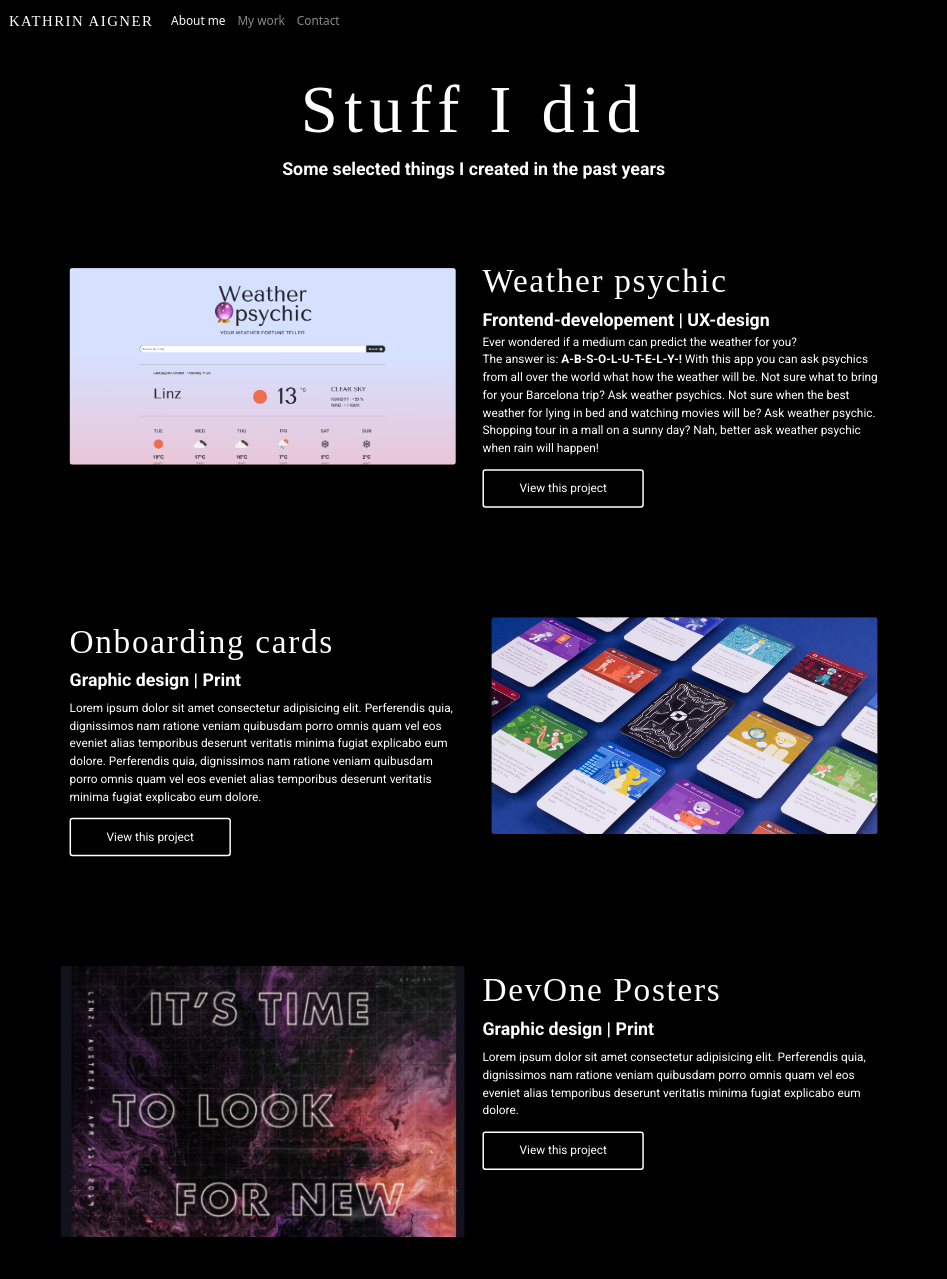
Repository: kathrin-aigner/Portfolio-2022
Page: work.html
These files come from the project's save history. The page is drawn as it stood at one moment and after the next save; the edit follows.
The browser window is 1280 px wide. The pictures show the whole page, at 74% of full size.
Some web fonts or font styles are not loaded; a fallback is used. Some web libraries are served in a nearby version.

Above is the page before, as saved 2022-03-28 15:22:55.

After the next save:
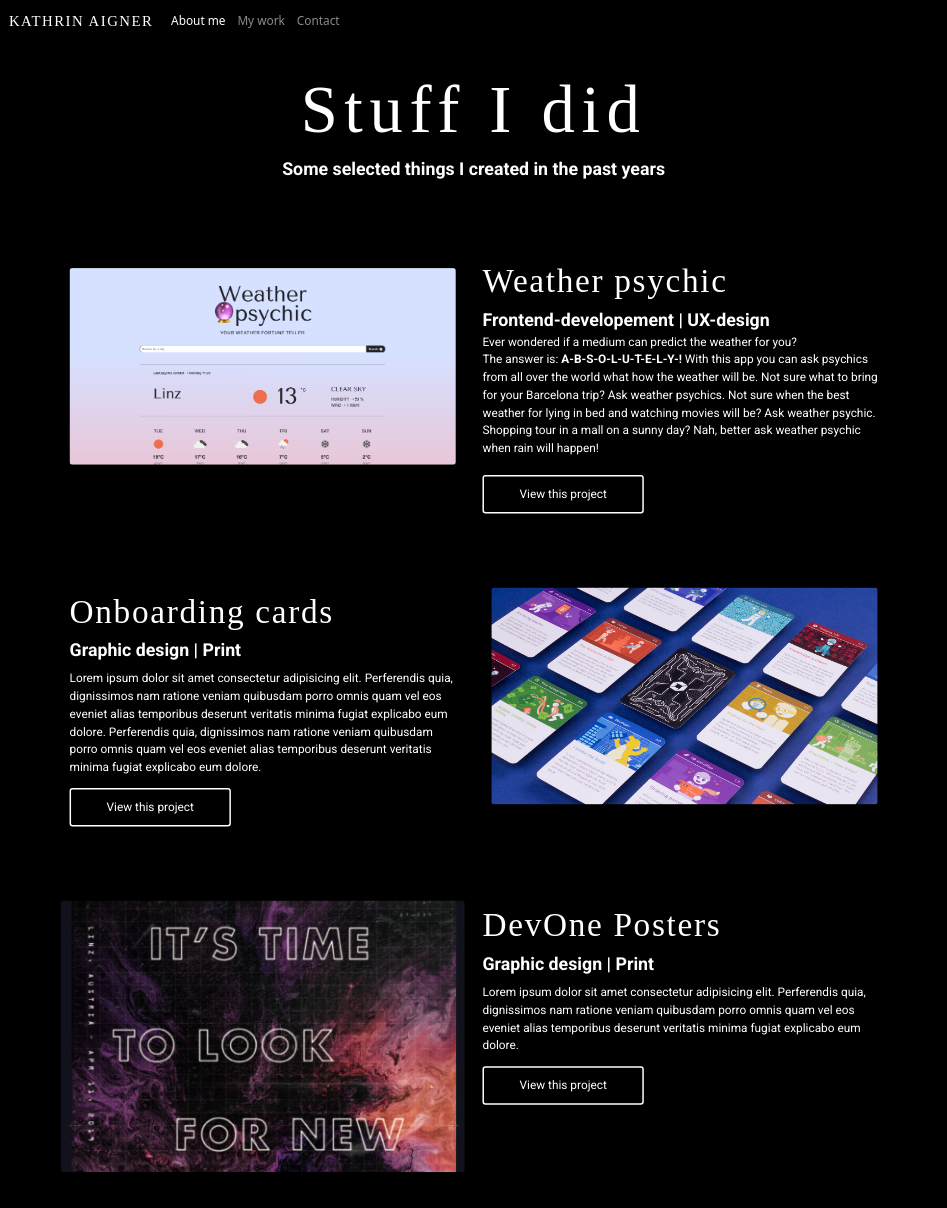
Saved 86 s later.
--- a/work.html
+++ b/work.html
@@ -83,7 +83,7 @@
         <div class="col-md-6 mt-3 gx-5">
           <img
             src="/images/wheater psychic.png"
-            class="img-fluid rounded mb-2"
+            class="img-fluid rounded"
             alt="picture showing a preview of the weather homepage"
           />
         </div>
@@ -100,7 +100,7 @@
             day? Nah, better ask weather psychic when rain will happen!
           </p>
 
-            <a href="https://reverent-aryabhata-468bf7.netlify.app/" target="_blank" class="btn btn-primary mb-5"> View this project </a>
+            <a href="https://reverent-aryabhata-468bf7.netlify.app/" target="_blank" class="btn btn-primary mt-2"> View this project </a>
 
         </div>
       </div>
@@ -108,7 +108,7 @@
         <div class="col-md-6 gx-5">
           <div class="project-header">Onboarding cards</div>
           <div class="introduction mb-2"> Graphic design | Print </div>
-          <p class="page-section">
+          <p class="page-section text-right">
             Lorem ipsum dolor sit amet consectetur adipisicing elit. Perferendis
             quia, dignissimos nam ratione veniam quibusdam porro omnis quam vel
             eos eveniet alias temporibus deserunt veritatis minima fugiat
@@ -118,7 +118,7 @@
             explicabo eum dolore.
           </p>
 
-           <a href="https://www.behance.net/gallery/63241593/Onboarding-Game-Cards" target="_blank" class="btn btn-primary mb-5"> View this project </a>
+           <a href="https://www.behance.net/gallery/79816789/DevOne-Conference-2019" target="_blank" class="btn btn-primary"> View this project </a>
 
         </div>
         <div class="col-md-6 gx-5">
@@ -133,7 +133,7 @@
         <div class="col-md-6">
           <img
             src="/images/devOne.png"
-            class="img-fluid rounded mb-2"
+            class="img-fluid rounded"
             alt="picture showing a preview of the website about yoghurt"
           />
         </div>
@@ -149,7 +149,7 @@
             explicabo eum dolore.
           </p>
 
-            <a href="https://www.behance.net/gallery/79816789/DevOne-Conference-2019" target="_blank" class="btn btn-primary mb-5"> View this project </a>
+            <a href="https://www.behance.net/gallery/79816789/DevOne-Conference-2019" target="_blank" class="btn btn-primary"> View this project </a>
 
         </div>
       </div>
